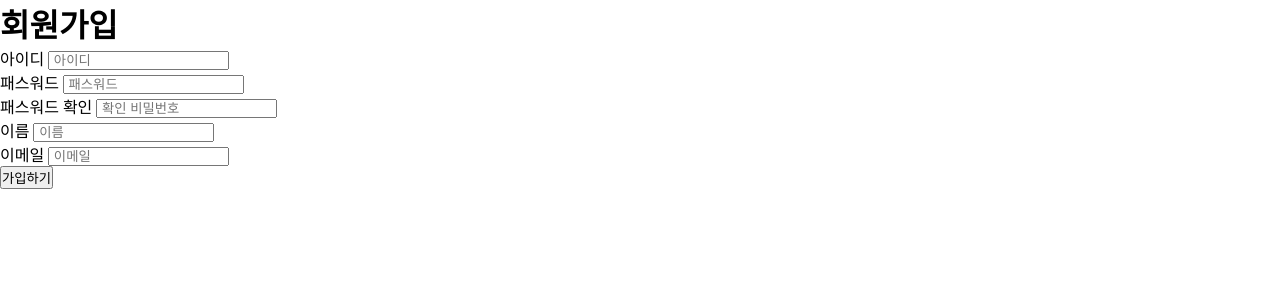
Repository: kayoyo/jsp
Page: http://localhost/BoardWeb_4/join
An editor plug-in stored every save of this project. The page is shown before and after the next save, followed by the edit.
The browser window is 1280 px wide. The pictures show the whole page.
The page is served by Tomcat 9. Other server files are loaded and not shown.

Above is the page before, as saved 2020-08-28 07:31:26.

### BoardWeb_4/WebContent/WEB-INF/jsp/user/join.jsp
<%@ page language="java" contentType="text/html; charset=UTF-8"
    pageEncoding="UTF-8"%>
<!DOCTYPE html>
<html>
<head>
<meta charset="UTF-8">
<title>회원가입</title>
<style>
	#container {width:700px;}
	#container > h1
	.err {color: red;}
	* { margin:0; padding: 0; }
</style>
</head>
<body>
	<div id="container">
	<h1>회원가입</h1>
	<div class="err">${msg}</div>
	<form id="frm" action="/join" method="post" onsubmit="return check()">
	<div id="uID">
		<label>아이디
			<input type="text" name="user_id" placeholder=" 아이디" required value="${data.user_id}">
		</label>
	</div>
	<div id="uPw">
		<label>패스워드
			<input type="password" name="user_pw" placeholder=" 패스워드" required>
		</label>
	</div>
	<div id="uPwE">
		<label>패스워드 확인
			<input type="password" name="user_pwEtc" placeholder=" 확인 비밀번호">
		</label>
	</div>
	<div id="uNm">
		<label>이름
			<input type="text" name="user_name" placeholder=" 이름" required value="${data.user_name}">
		</label>
	</div>
	<div id="uEm">
		<label>이메일
			<input type="email" name="user_email" placeholder=" 이메일" value="${data.user_email}">
		</label>
	</div>
	<div id="btn">
			<input type="submit" value="가입하기">
	</div>
	</form>
	</div>
	<script>
	function check(){
		if(frm.user_id.value.length < 5){
			alert('아이디는 5글자 이상이 되어야 합니다.')
			frm.user_id.focus()
			return false
		} else if(frm.user_pw.value.length < 5){
			alert('비밀번호는 5글자 이상이 되어야 합니다.')
			frm.user_pw.focus()
			return false
		} else if(frm.user_pw.value != frm.user_pwEtc.value){
			alert('확인 비밀번호를 다시 입력 해 주세요.')
			frm.user_pw.focus()
			return false
		} else if(frm.user_name.value.length > 0){
			const korean = /[^가-힣]/;
			const result = korean.test(frm.user_name.value)
			if(result){
				alert('이름은 한글만 입력 해 주세요.')
				frm.user_name.focus()
				return false
			}
		} if(frm.user_email.value.length > 0){
			const email = /^[0-9a-zA-Z]([-_\.]?[0-9a-zA-Z])*@[0-9a-zA-Z]([-_\.]?[0-9a-zA-Z])*\.[a-zA-Z]{2,3}$/i
			if(!email.test(frm.user_email.value)){
				alert('이메일을 확인 해 주세요.')
				frm.user_email.focus()
				return false
				}
			}

		}

	</script>
</body>
</html>

### BoardWeb_4/src/com/koreait/pjt/user/JoinSer.java
package com.koreait.pjt.user;

import java.io.IOException;
import javax.servlet.ServletException;
import javax.servlet.annotation.WebServlet;
import javax.servlet.http.HttpServlet;
import javax.servlet.http.HttpServletRequest;
import javax.servlet.http.HttpServletResponse;

import com.koreait.pjt.MyUtils;
import com.koreait.pjt.ViewResolver;
import com.koreait.pjt.db.UserDAO;
import com.koreait.pjt.vo.UserVO;


@WebServlet("/join")
public class JoinSer extends HttpServlet {
	private static final long serialVersionUID = 1L;


	protected void doGet(HttpServletRequest request, HttpServletResponse response) throws ServletException, IOException {
		//get은 화면 띄울 때(select만 get에서 처리)

		ViewResolver.forword("user/join", request, response); //user폴더안에 join jsp파일
	}

	protected void doPost(HttpServletRequest request, HttpServletResponse response) throws ServletException, IOException {
		//post는 화면 처리
		String user_id = request.getParameter("user_id");
		String user_pw = request.getParameter("user_pw");
		String encrypt_pw = MyUtils.encryptString(user_pw);
		String user_name = request.getParameter("user_name");
		String user_email = request.getParameter("user_email");

		UserVO param = new UserVO();
		param.setUser_id(user_id);
		param.setUser_pw(encrypt_pw);
		param.setUser_name(user_name);
		param.setUser_email(user_email);

		int result = UserDAO.insUser(param);
		System.out.println("result : " + result);

		if(result != 1) {
			request.setAttribute("msg", "에러가 발생했습니다.");
			request.setAttribute("data", param);

			doGet(request, response);
			return;
		}
		response.sendRedirect("/login");
	}

}

### BoardWeb_4/src/com/koreait/pjt/ViewResolver.java
package com.koreait.pjt;

import java.io.IOException;

import javax.servlet.ServletException;
import javax.servlet.http.HttpServlet;
import javax.servlet.http.HttpServletRequest;
import javax.servlet.http.HttpServletResponse;

public class ViewResolver {
	public static void forword(String fileNm, HttpServletRequest request, HttpServletResponse response) throws ServletException, IOException{
		String jsp = String.format("/WEB-INF/jsp/%s.jsp", fileNm);
		request.getRequestDispatcher(jsp).forward(request, response);

	}

	//로그인 체크
	public static void forwordLoginChk(String fileNm, HttpServletRequest request, HttpServletResponse response) throws ServletException, IOException {

		if(MyUtils.isLogout(request)) {
			response.sendRedirect("/login"); //로그인이 안되어 있을 때
			return;
		}
		ViewResolver.forword(fileNm, request, response);
	}

}

After the next save:
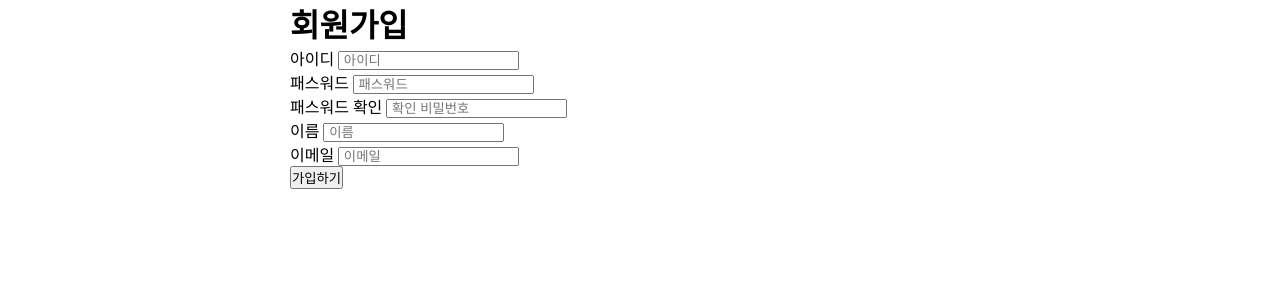
Saved 33 s later.
--- a/BoardWeb_4/WebContent/WEB-INF/jsp/user/join.jsp
+++ b/BoardWeb_4/WebContent/WEB-INF/jsp/user/join.jsp
@@ -6,7 +6,7 @@
 <meta charset="UTF-8">
 <title>회원가입</title>
 <style>
-	#container {width:700px;}
+	#container {width:700px; margin: 0 auto;}
 	#container > h1
 	.err {color: red;}
 	* { margin:0; padding: 0; }
